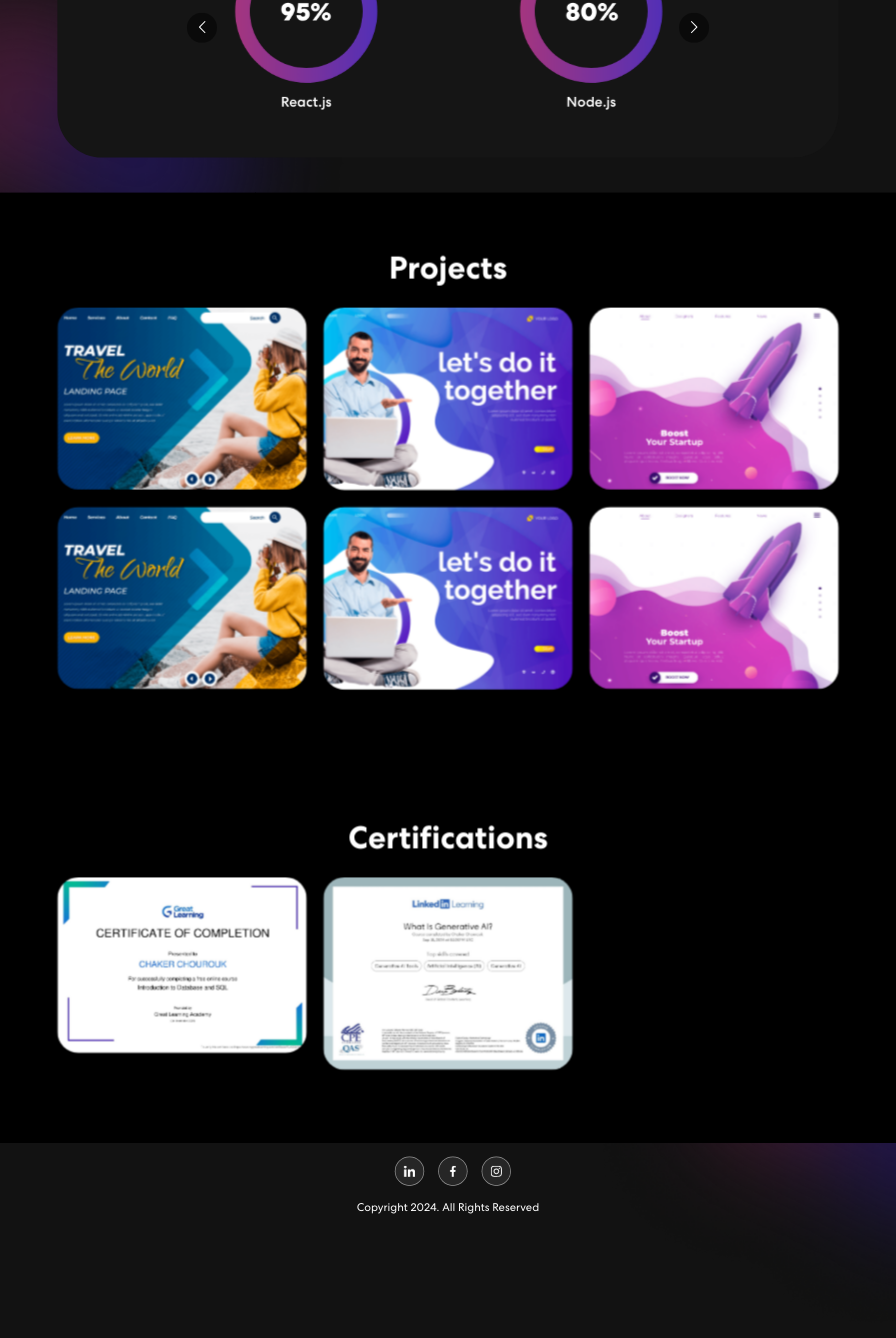
Repository: ChakerChourouk/personal-portfolio
Page: /
The author's editor kept a copy of each file at every save. The page is drawn from the files as they stood at one save, then again after the next save.
The browser window is 1280 px wide. The pictures show the part of the page from y = 1103 to 3023 px (the page is 3015 px tall before and 3023 px after), at 70% of full size.
The project was rebuilt for these pictures with package versions that can differ from the ones it lists, and the page was loaded fresh each time.

Above is the page before, as saved 2024-09-19 20:44:52.

### src/App.js
import logo from './logo.svg';
import './App.css';
import 'bootstrap/dist/css/bootstrap.min.css';
import { NavBar } from "./components/NavBar";
import { Banner } from "./components/Banner";
import { Skills } from "./components/Skills";
import { Projects } from "./components/Projects";
import { Footer } from "./components/Footer";
import { Certifications } from "./components/Certifications";

function App() {
  return (
    <div className="App">
      <NavBar />
      <Banner />
      <Skills />
      <Projects />
      <Certifications/>
      <Footer />
    </div>
  );
}

export default App;

### src/App.css
/************ Custom Font ************/
@font-face {
	font-family: Centra;
	src: url('./assets/font/CentraNo2-Bold.ttf');
	font-weight: 700;
}
@font-face {
	font-family: Centra;
	src: url('./assets/font/CentraNo2-Medium.ttf');
	font-weight: 500;
}
@font-face {
	font-family: Centra;
	src: url('./assets/font/CentraNo2-Book.ttf');
	font-weight: 400;
}

/************ Default Css ************/
* {
  margin: 0;
  padding: 0;
  box-sizing: border-box;
}

html {
  scroll-behavior: smooth;
  scroll-padding-top: 75px;
}

body {
  font-weight: 400;
  overflow-x: hidden;
  position: relative;
  background-color: #121212 !important;
  color: #fff !important;
  font-family: 'Centra', sans-serif !important;
}

h1, h2, h3, h4, h5, h6 {
  margin: 0;
  padding: 0;
  line-height: normal;
}

p, a, li, button, ul {
  margin: 0;
  padding: 0;
  line-height: normal;
  text-decoration: none;
}

a:hover {
  text-decoration: none;
}

img {
  width: 100%;
  height: auto;
}

button {
  border: 0;
  background-color: transparent;
}

input:focus, textarea:focus, select:focus {
  outline: none;
}

@media (min-width:1700px) {
	main .container {
		max-width: 100%;
		padding: 0 150px;
	}
}

p.success {
	color: green;
}

p.danger {
	color: red;
}
/************ Navbar Css ************/
nav.navbar {
  padding: 18px 0;
  position: fixed;
  width: 100%;
  top: 0;
  z-index: 9999;
  transition:  0.32s ease-in-out;
}
nav.navbar.scrolled {
  padding: 0px 0;
  background-color: #121212;
}
nav.navbar a.navbar-brand {
    width: 9%;
}
nav.navbar .navbar-nav .nav-link.navbar-link {
  font-weight: 400;
  color: #fff !important;
  letter-spacing: 0.8px;
  padding: 0 25px;
  font-size: 18px;
  opacity: 0.75;
}
nav.navbar .navbar-nav a.nav-link.navbar-link:hover,
nav.navbar .navbar-nav a.nav-link.navbar-link.active {
    opacity: 1;
}
span.navbar-text {
    display: flex;
    align-items: center;
}
.social-icon {
    display: inline-block;
    margin-left: 14px;
}
.social-icon a {
    width: 42px;
    height: 42px;
    background: rgba(217, 217, 217, 0.1);
    display: inline-flex;
    border-radius: 50%;
    margin-right: 6px;
    align-items: center;
    justify-content: center;
    line-height: 1;
    border: 1px solid rgba(255, 255, 255, 0.5);
}
.social-icon a::before {
    content: "";
    width: 42px;
    height: 42px;
    position: absolute;
    background-color: #ffffff;
    border-radius: 50%;
    transform: scale(0);
	transition: 0.3s ease-in-out;
}
.social-icon a:hover::before {
    transform: scale(1);
}
.social-icon a img {
	width: 40%;
	z-index: 1;
	transition: 0.3s ease-in-out;
}
.social-icon a:hover img {
	filter: brightness(0) saturate(100%) invert(0%) sepia(7%) saturate(98%) hue-rotate(346deg) brightness(95%) contrast(86%);
}
.navbar-text button {
  font-weight: 700;
  color: #fff;
  border: 1px solid #fff;
  padding: 18px 34px;
  font-size: 18px;
  margin-left: 18px;
	position: relative;
	background-color: transparent;
	transition: 0.3s ease-in-out;
}
.navbar-text button span {
  z-index: 1;
}
.navbar-text button::before {
  content: "";
  width: 0%;
  height: 100%;
  position: absolute;
  background-color: #fff;
  left: 0;
  top: 0;
  z-index: -1;
  transition: 0.3s ease-in-out;
}
.navbar-text button:hover {
  color: #121212;
}
.navbar-text button:hover::before {
	content: "";
	width: 100%;
	height: 100%;
	position: absolute;
}
nav.navbar .navbar-toggler:active,
nav.navbar .navbar-toggler:focus {
	outline: none;
    box-shadow: none;
}
nav.navbar .navbar-toggler-icon {
  width: 24px;
  height: 17px;
  background-image: none;
  position: relative;
  border-bottom: 2px solid #fff;
  transition: all 300ms linear;
  top: -2px;
}
nav.navbar .navbar-toggler-icon:focus {
	border-bottom: 2px solid #fff;
}
nav.navbar .navbar-toggler-icon:after,
nav.navbar .navbar-toggler-icon:before {
	width: 24px;
	position: absolute;
	height: 2px;
	background-color: #fff;
	top: 0;
	left: 0;
	content: '';
	z-index: 2;
	transition: all 300ms linear;
}
nav.navbar .navbar-toggler-icon:after {
	top: 8px;
}
nav.navbar .navbar-toggler[aria-expanded="true"] .navbar-toggler-icon:after {
	transform: rotate(45deg);
	background-color: #fff;
	height: 2px;
}
nav.navbar .navbar-toggler[aria-expanded="true"] .navbar-toggler-icon:before {
	transform: translateY(8px) rotate(-45deg);
	background-color: #fff;
	height: 2px;
}
nav.navbar .navbar-toggler[aria-expanded="true"] .navbar-toggler-icon {
	border-color: transparent;
}

/************ Banner Css ************/
.banner {
  margin-top: 0;
  padding: 260px 0 100px 0;
  background-image: url('./assets/img/banner-bg.png');
  background-position: top center;
  background-size: cover;
  background-repeat: no-repeat;
}
.banner .tagline {
  font-weight: 700;
  letter-spacing: 0.8px;
  padding: 8px 10px;
  background: linear-gradient(90.21deg, rgba(170, 54, 124, 0.5) -5.91%, rgba(74, 47, 189, 0.5) 111.58%);
  border: 1px solid rgba(255, 255, 255, 0.5);
  font-size: 20px;
  margin-bottom: 16px;
  display: inline-block;
}
.banner h1 {
  font-size: 65px;
  font-weight: 700;
  letter-spacing: 0.8px;
  line-height: 1;
  margin-bottom: 20px;
  display: block;
}
.banner p {
  color: #B8B8B8;
  font-size: 18px;
  letter-spacing: 0.8px;
  line-height: 1.5em;
  width: 96%;
}
.banner button {
  color: #fff;
  font-weight: 700;
  font-size: 20px;
  margin-top: 60px;
  letter-spacing: 0.8px;
  display: flex;
  align-items: center;
}
.banner button svg {
  font-size: 25px;
  margin-left: 10px;
  transition: 0.3s ease-in-out;
  line-height: 1;
}
.banner button:hover svg {
  margin-left: 25px;
}
.banner img {
  animation: updown 3s linear infinite;
}
@keyframes updown {
    0% {
        transform: translateY(-20px);
    }
    50% {
        transform: translateY(20px);
    }
    100% {
        transform: translateY(-20px);
    }
}
.txt-rotate > .wrap {
  border-right: 0.08em solid #666;
}

/************ Skills Css ************/
.skill {
  padding: 0 0 50px 0;
  position: relative;
}
.skill-bx {
  background: #151515;
  border-radius: 64px;
  text-align: center;
  padding: 60px 50px;
  margin-top: -60px;
}
.skill h2 {
	font-size: 45px;
	font-weight: 700;
}
.skill p {
    color: #B8B8B8;
    font-size: 18px;
    letter-spacing: 0.8px;
    line-height: 1.5em;
    margin: 14px 0 75px 0;
}
.skill-slider {
  width: 80%;
  margin: 0 auto;
  position: relative;
}
.skill-slider .item img {
  width: 50%;
  margin: 0 auto 15px auto;
}
.background-image-left {
  top: 28%;
  position: absolute;
  bottom: 0;
  width: 40%;
  z-index: -4;
}

/************ Projects Css ************/
.project {
  padding: 80px 0;
  position: relative;
  background-color: black;
}
.project h2 {
	font-size: 45px;
	font-weight: 700;
  text-align: center;
}
.project p {
  color: #B8B8B8;
  font-size: 18px;
  letter-spacing: 0.8px;
  line-height: 1.5em;
  margin: 14px auto 30px auto;
  text-align: center;
  width: 56%;
}
.project .nav.nav-pills {
  width: 72%;
  margin: 0 auto;
  border-radius: 50px;
  background-color: rgb(255 255 255 / 10%);
  overflow: hidden;
}
.project .nav.nav-pills .nav-item {
  width: 33.33333%;
}
.project .nav.nav-pills .nav-link {
  background-color: transparent;
  border-radius: 0;
  padding: 17px 0;
  color: #fff;
  width: 100%;
  font-size: 17px;
  letter-spacing: 0.8px;
  font-weight: 500;
  position: relative;
  transition: 0.3s ease-in-out;
  text-align: center;
  z-index: 0;
}
.project .nav.nav-pills .nav-link::before {
    content: "";
    position: absolute;
    width: 0;
    height: 100%;
    background: linear-gradient(90.21deg, #AA367C -5.91%, #4A2FBD 111.58%);
    top: 0;
    left: 0;
    z-index: -1;
    transition: 0.3s ease-in-out;
}
.project .nav.nav-pills .nav-link.active::before {
    width: 100% !important;
}
.project .nav.nav-pills .nav-link.active {
    border: 1px solid rgba(255, 255, 255, 1);
}
.nav-link#projects-tabs-tab-first {
  border: 1px solid rgba(255, 255, 255, 0.5);
  border-radius: 55px 0px 0px 55px;
}
.nav-link#projects-tabs-tab-second {
  border-top: 1px solid rgba(255, 255, 255, 0.5);
  border-bottom: 1px solid rgba(255, 255, 255, 0.5);
}
.nav-link#projects-tabs-tab-third {
  border: 1px solid rgba(255, 255, 255, 0.5);
  border-radius: 0 55px 55px 0;
}
.proj-imgbx {
  position: relative;
  border-radius: 30px;
  overflow: hidden;
  margin-bottom: 24px;
}
.proj-imgbx::before {
  content: "";
  background: linear-gradient(90.21deg, #AA367C -5.91%, #4A2FBD 111.58%);
  opacity: 0.85;
  position: absolute;
  width: 100%;
  height: 0;
  transition: 0.4s ease-in-out;
}
.proj-imgbx:hover::before {
  height: 100%;
}
.proj-txtx {
  position: absolute;
  text-align: center;
  top: 65%;
  left: 50%;
  transform: translate(-50%, -50%);
  transition: 0.5s ease-in-out;
  opacity: 0;
  width: 100%;
}
.proj-imgbx:hover .proj-txtx {
  top: 50%;
  opacity: 1;
}
.proj-txtx h4 {
  font-size: 30px;
  font-weight: 700;
  letter-spacing: 0.8px;
  line-height: 1.1em;
}
.proj-txtx span {
  font-style: italic;
  font-weight: 400;
  font-size: 15px;
  letter-spacing: 0.8px;
}
.background-image-right {
  top: 20%;
  position: absolute;
  bottom: 0;
  width: 35%;
  right: 0;
  z-index: -4;
}

/************ Projects Css ************/
.contact {
  background: linear-gradient(90.21deg, #AA367C -5.91%, #4A2FBD 111.58%);
  padding: 60px 0 200px 0;
}
.contact img {
  width: 92%;
}
.contact h2 {
	font-size: 45px;
	font-weight: 700;
  margin-bottom: 30px;
}
.contact form input, .contact form textarea {
  width: 100%;
  background: rgba(255, 255, 255, 0.1);
  border: 1px solid rgba(255, 255, 255, 0.5);
  border-radius: 20px;
  color: #fff;
  margin: 0 0 8px 0;
  padding: 18px 26px;
  font-weight: 500;
  font-size: 18px;
  letter-spacing: 0.8px;
  transition: 0.3s ease-in-out;
}
.contact form input:focus, .contact form textarea:focus {
  background: rgba(255, 255, 255, 1);
  color: #121212;
}
.contact form input::placeholder, .contact form textarea::placeholder {
  font-size: 16px;
  font-weight: 400;
  color: #fff;
}
.contact form input:focus::placeholder, .contact form textarea:focus::placeholder {
  color: #121212;
  opacity: 0.8;
}
.contact form button {
  font-weight: 700;
  color: #000;
  background-color: #fff;
  padding: 14px 48px;
  font-size: 18px;
  margin-top: 25px;
  border-radius: 0;
  position: relative;
  transition: 0.3s ease-in-out;
}
.contact form button span {
  z-index: 1;
  position: relative;
}
.contact form button:hover {
  color: #fff;
}
.contact form button::before {
  content: "";
  background: #121212;
  width: 0;
  height: 100%;
  position: absolute;
  top: 0;
  left: 0;
  z-index: 0;
  transition: 0.3s ease-in-out;
}
.contact form button:hover::before {
  width: 100%;
}

/************ Footer Css ************/

.footer {
  padding: 20px 0;
}

.social-icon a {
  margin: 0 10px;
}

/* Add margin to create space between icons and the text */
.text-center p {
  margin-top: 20px; /* Adjust the value for more or less space */
}


.welcome {
    font-weight: 400;
    color: #fff !important;
    letter-spacing: 0.8px;
    padding: 0 25px;
    font-size: 18px;
    opacity: 0.75;
}

### src/components/Projects.js
import { Container, Row, Col, Tab, Nav } from "react-bootstrap";
import { ProjectCard } from "./ProjectCard";
import projImg1 from "../assets/img/project-img1.png";
import projImg2 from "../assets/img/project-img2.png";
import projImg3 from "../assets/img/project-img3.png";
import colorSharp2 from "../assets/img/color-sharp2.png";
import 'animate.css';
import TrackVisibility from 'react-on-screen';

export const Projects = () => {

  const projects = [
    {
      title: "Business Startup",
      description: "Design & Development",
      imgUrl: projImg1,
    },
    {
      title: "Business Startup",
      description: "Design & Development",
      imgUrl: projImg2,
    },
    {
      title: "Business Startup",
      description: "Design & Development",
      imgUrl: projImg3,
    },
    {
      title: "Business Startup",
      description: "Design & Development",
      imgUrl: projImg1,
    },
    {
      title: "Business Startup",
      description: "Design & Development",
      imgUrl: projImg2,
    },
    {
      title: "Business Startup",
      description: "Design & Development",
      imgUrl: projImg3,
    },
  ];

  return (
    <section className="project" id="projects">
      <Container>
        <Row>
          <Col size={12}>
            <TrackVisibility>
              {({ isVisible }) =>
              <div className={isVisible ? "animate__animated animate__fadeIn": ""}>
                <h2>Projects</h2>
                <p>  </p>
                <Tab.Container id="projects-tabs" defaultActiveKey="first">
                  <Tab.Content id="slideInUp" className={isVisible ? "animate__animated animate__slideInUp" : ""}>
                    <Tab.Pane eventKey="first">
                      <Row>
                        {
                          projects.map((project, index) => {
                            return (
                              <ProjectCard
                                key={index}
                                {...project}
                                />
                            )
                          })
                        }
                      </Row>
                    </Tab.Pane>
                  </Tab.Content>
                </Tab.Container>
              </div>}
            </TrackVisibility>
          </Col>
        </Row>
      </Container>
      <img className="background-image-right" src={colorSharp2}></img>
    </section>
  )
}

### src/components/Footer.js
import { Container, Row, Col } from "react-bootstrap";
import logo from "../assets/img/logo.svg";
import navIcon1 from "../assets/img/nav-icon1.svg";
import navIcon2 from "../assets/img/nav-icon2.svg";
import navIcon3 from "../assets/img/nav-icon3.svg";

export const Footer = () => {
  return (
    <footer className="footer" id="contacts" >
      <Container>
        <Row className="align-items-center justify-content-center">
          <Col size={12} sm={6} className="text-center">
            <div className="social-icon">
              <a href="https://www.linkedin.com/in/chaker-chourouk-a32841257/"><img src={navIcon1} alt="Icon" /></a>
              <a href="#"><img src={navIcon2} alt="Icon" /></a>
              <a href="#"><img src={navIcon3} alt="Icon" /></a>
            </div>
            <p>Copyright 2024. All Rights Reserved</p>
          </Col>
        </Row>
      </Container>
    </footer>
  );
};

### src/components/Certifications.js
import { Container, Row, Col, Tab, Nav } from "react-bootstrap";
import { ProjectCard } from "./ProjectCard";
import certificat1 from "../assets/img/Certificat1.jpg";
import certificat2 from "../assets/img/Certificat2.jpg";
import certificat3 from "../assets/img/Certificat3.jpg";
import certificat4 from "../assets/img/CHAKER CHOUROUK.jpg";
import certificat5 from "../assets/img/CertificateOfCompletion.jpg";
import colorSharp2 from "../assets/img/color-sharp2.png";
import 'animate.css';
import TrackVisibility from 'react-on-screen';

export const Certifications = () => {

  const projects = [
    /*{
      title: "Business Startup",
      description: "Design & Development",
      imgUrl: certificat1,
    },
    {
      title: "Business Startup",
      description: "Design & Development",
      imgUrl: certificat2,
    },
    {
      title: "Business Startup",
      description: "Design & Development",
      imgUrl: certificat3,
    },*/
    {
      title: "Business Startup",
      description: "Design & Development",
      imgUrl: certificat4,
    },
    {
      title: "Business Startup",
      description: "Design & Development",
      imgUrl: certificat5,
    },
  ];

  return (
    <section className="project" id="certification">
      <Container>
        <Row>
          <Col size={12}>
            <TrackVisibility>
              {({ isVisible }) =>
              <div className={isVisible ? "animate__animated animate__fadeIn": ""}>
                <h2>Certifications</h2>
                <p>  </p>
                <Tab.Container id="projects-tabs" defaultActiveKey="first">
                  <Tab.Content id="slideInUp" className={isVisible ? "animate__animated animate__slideInUp" : ""}>
                    <Tab.Pane eventKey="first">
                      <Row>
                        {
                          projects.map((project, index) => {
                            return (
                              <ProjectCard
                                key={index}
                                {...project}
                                />
                            )
                          })
                        }
                      </Row>
                    </Tab.Pane>
                  </Tab.Content>
                </Tab.Container>
              </div>}
            </TrackVisibility>
          </Col>
        </Row>
      </Container>
      <img className="background-image-right" src={colorSharp2}></img>
    </section>
  )
}

### src/components/ProjectCard2.js
import { Card, Button } from "react-bootstrap";

export const ProjectCard = ({ title, organization, date, skills, certificateUrl }) => {
  return (
    <Card className="h-100">
      <Card.Body>
        <Card.Title>{title}</Card.Title>
        <Card.Subtitle className="mb-2 text-muted">{organization}</Card.Subtitle>
        <Card.Text>
          <strong>Date:</strong> {date}<br />
          <strong>Skills Learned:</strong> {skills.join(", ")}
        </Card.Text>
        <Button variant="primary" href={certificateUrl} target="_blank">
          View Credentials
        </Button>
      </Card.Body>
    </Card>
  );
};

Loaded but not shown: public/index.html (common file); src/index.js (common file); src/index.css (common file); src/reportWebVitals.js (common file); src/components/ProjectCard.js (common file); src/components/Skills.js (72 lines, source omitted); src/components/Banner.js (75 lines, source omitted); src/components/NavBar.js (61 lines, source omitted)

After the next save:
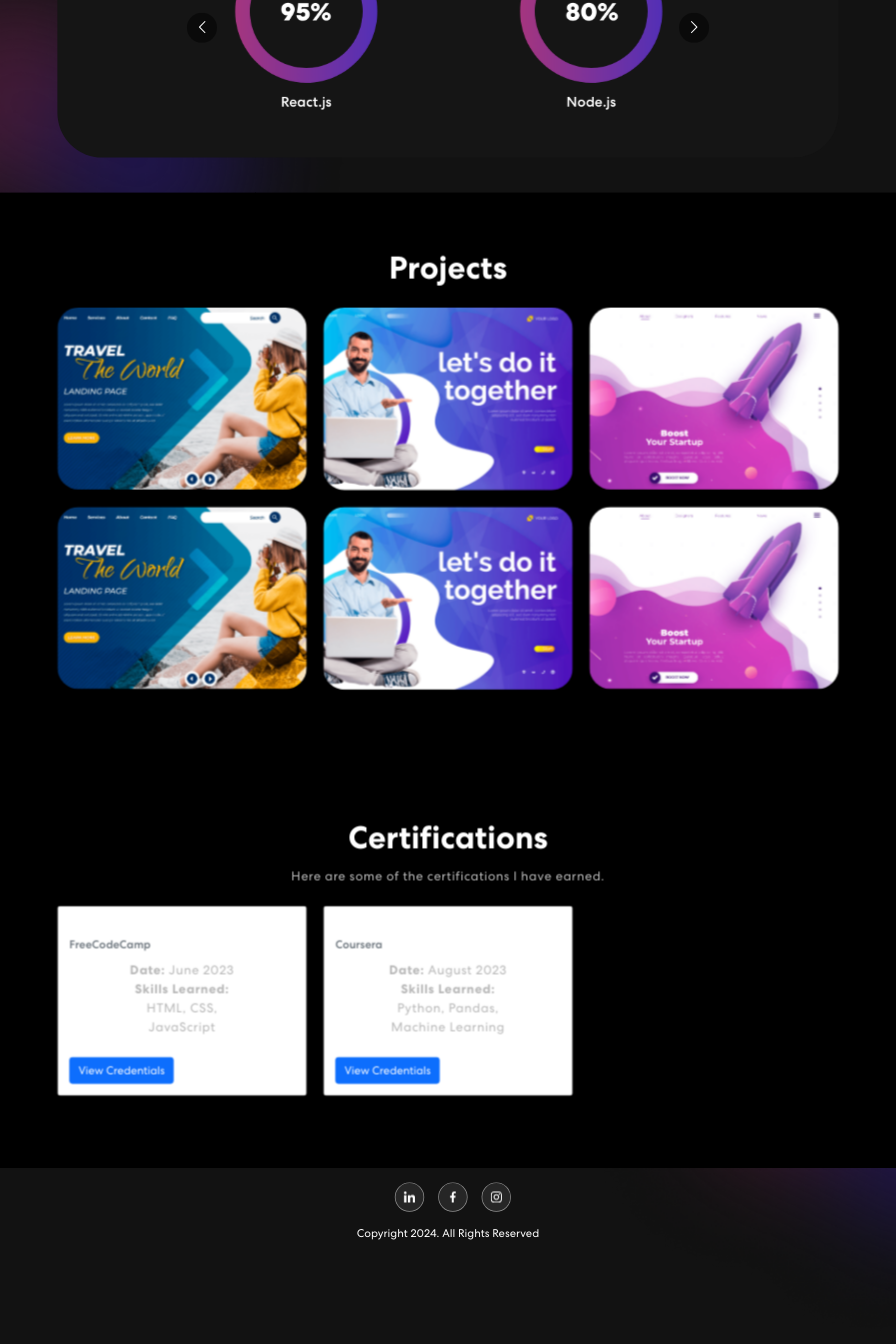
Saved 17 s later.
--- a/src/components/Certifications.js
+++ b/src/components/Certifications.js
@@ -1,10 +1,5 @@
-import { Container, Row, Col, Tab, Nav } from "react-bootstrap";
-import { ProjectCard } from "./ProjectCard";
-import certificat1 from "../assets/img/Certificat1.jpg";
-import certificat2 from "../assets/img/Certificat2.jpg";
-import certificat3 from "../assets/img/Certificat3.jpg";
-import certificat4 from "../assets/img/CHAKER CHOUROUK.jpg";
-import certificat5 from "../assets/img/CertificateOfCompletion.jpg";
+import { Container, Row, Col, Tab } from "react-bootstrap";
+import { ProjectCard } from "./ProjectCard2";
 import colorSharp2 from "../assets/img/color-sharp2.png";
 import 'animate.css';
 import TrackVisibility from 'react-on-screen';
@@ -12,30 +7,19 @@ import TrackVisibility from 'react-on-screen';
 export const Certifications = () => {
 
   const projects = [
-    /*{
-      title: "Business Startup",
-      description: "Design & Development",
-      imgUrl: certificat1,
+    {
+      title: "Introduction to Web Development",
+      organization: "FreeCodeCamp",
+      date: "June 2023",
+      skills: ["HTML", "CSS", "JavaScript"],
+      certificateUrl: "https://www.example.com/certificate1",
     },
     {
-      title: "Business Startup",
-      description: "Design & Development",
-      imgUrl: certificat2,
-    },
-    {
-      title: "Business Startup",
-      description: "Design & Development",
-      imgUrl: certificat3,
-    },*/
-    {
-      title: "Business Startup",
-      description: "Design & Development",
-      imgUrl: certificat4,
-    },
-    {
-      title: "Business Startup",
-      description: "Design & Development",
-      imgUrl: certificat5,
+      title: "Data Science for Beginners",
+      organization: "Coursera",
+      date: "August 2023",
+      skills: ["Python", "Pandas", "Machine Learning"],
+      certificateUrl: "https://www.example.com/certificate2",
     },
   ];
 
@@ -48,7 +32,7 @@ export const Certifications = () => {
               {({ isVisible }) =>
               <div className={isVisible ? "animate__animated animate__fadeIn": ""}>
                 <h2>Certifications</h2>
-                <p>  </p>
+                <p>Here are some of the certifications I have earned.</p>
                 <Tab.Container id="projects-tabs" defaultActiveKey="first">
                   <Tab.Content id="slideInUp" className={isVisible ? "animate__animated animate__slideInUp" : ""}>
                     <Tab.Pane eventKey="first">
@@ -56,11 +40,16 @@ export const Certifications = () => {
                         {
                           projects.map((project, index) => {
                             return (
-                              <ProjectCard
-                                key={index}
-                                {...project}
+                              <Col key={index} sm={12} md={4} className="mb-4">
+                                <ProjectCard
+                                  title={project.title}
+                                  organization={project.organization}
+                                  date={project.date}
+                                  skills={project.skills}
+                                  certificateUrl={project.certificateUrl}
                                 />
-                            )
+                              </Col>
+                            );
                           })
                         }
                       </Row>
@@ -72,7 +61,7 @@ export const Certifications = () => {
           </Col>
         </Row>
       </Container>
-      <img className="background-image-right" src={colorSharp2}></img>
+      <img className="background-image-right" src={colorSharp2} alt="Background" />
     </section>
-  )
-}
+  );
+};
